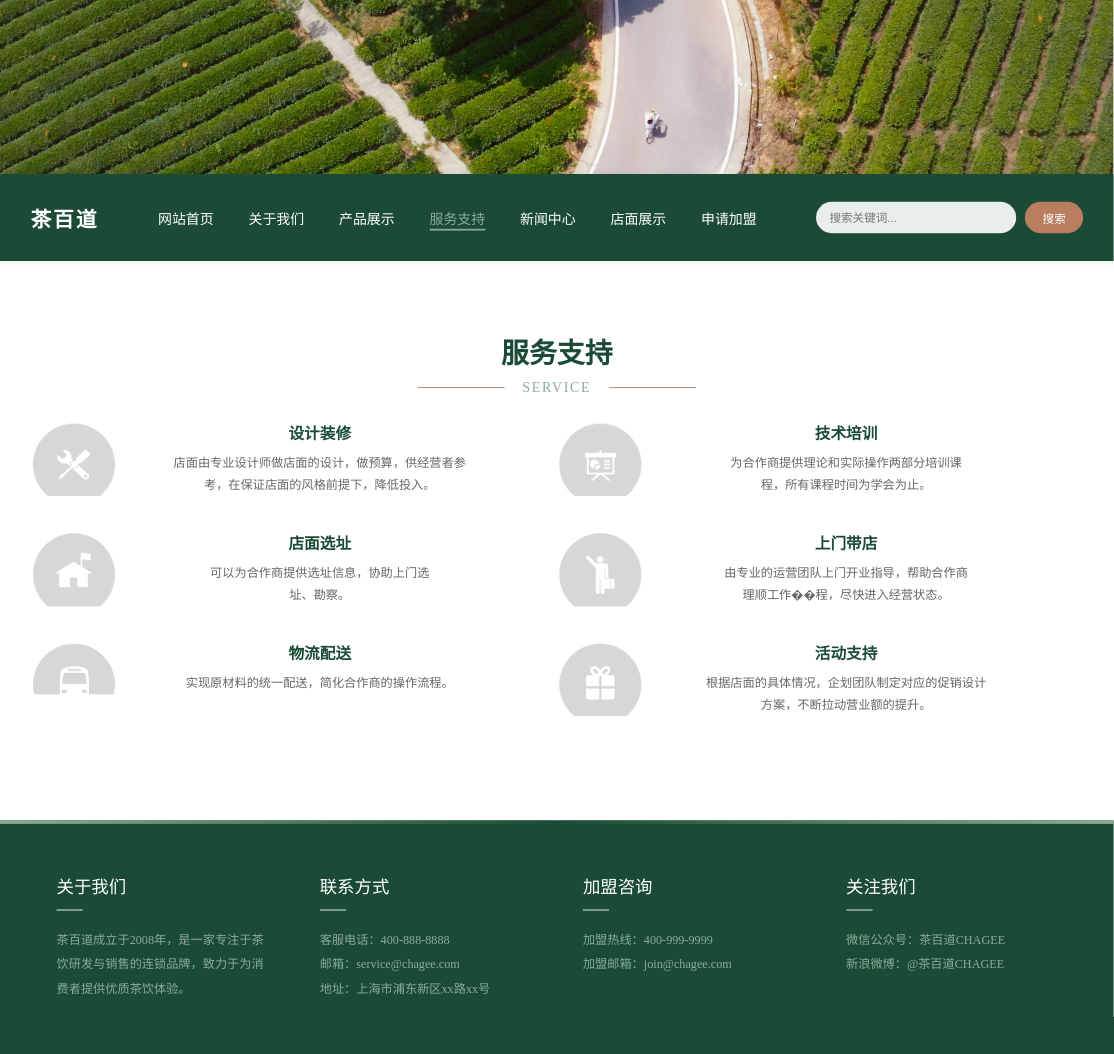
Repository: huang-heavenly-Emperor/chabaidao
Page: service.html
The author's editor kept a copy of each file at every save. The page is drawn from the files as they stood at one save, then again after the next save.
The browser window is 1280 px wide. The pictures show the whole page, at 87% of full size.

Above is the page before, as saved 2024-12-14 02:06:15.

### service.html
<!DOCTYPE html>
<html lang="zh-CN">

<head>
  <meta charset="UTF-8">
  <meta name="viewport" content="width=device-width, initial-scale=1.0">
  <title>服务支持 - 茶百道</title>
  <link rel="stylesheet" href="css/common.css">
  <link rel="stylesheet" href="css/pages/service.css">
</head>

<body>
  <div class="container">
    <!-- 头部区域 -->
    <header class="header">
      <div class="top-banner">
        <img src="./images/common/header-bg.webp" alt="顶部横幅">
      </div>
      <nav class="nav">
        <div class="nav-content">
          <div class="logo">
            <h1>茶百道</h1>
          </div>
          <ul class="nav-list">
            <li><a href="index.html">网站首页</a></li>
            <li><a href="about.html">关于我们</a></li>
            <li><a href="products.html">产品展示</a></li>
            <li><a href="service.html" class="active">服务支持</a></li>
            <li><a href="news.html">新闻中心</a></li>
            <li><a href="store-display.html">店面展示</a></li>
            <li><a href="join.html">申请加盟</a></li>
          </ul>
          <div class="search">
            <input type="text" placeholder="搜索关键词...">
            <button type="button">搜索</button>
          </div>
        </div>
      </nav>
    </header>

    <!-- 主要内容 -->
    <div class="main">
      <div class="section-title">
        <h2>服务支持</h2>
        <div class="en-title">SERVICE</div>
      </div>

      <div class="service-content">
        <ul class="service-left">
          <li class="dian1">
            <h3>设计装修</h3>
            <span>店面由专业设计师做店面的设计，做预算，供经营者参<br>考，在保证店面的风格前提下，降低投入。</span>
          </li>
          <li class="dian2">
            <h3>店面选址</h3>
            <span>可以为合作商提供选址信息，协助上门选<br>址、勘察。</span>
          </li>
          <li class="dian3">
            <h3>物流配送</h3>
            <span>实现原材料的统一配送，简化合作商的操作流程。</span>
          </li>
        </ul>

        <ul class="service-right">
          <li class="dian4">
            <h3>技术培训</h3>
            <span>为合作商提供理论和实际操作两部分培训课<br>程，所有课程时间为学会为止。</span>
          </li>
          <li class="dian5">
            <h3>上门带店</h3>
            <span>由专业的运营团队上门开业指导，帮助合作商<br>理顺工作��程，尽快进入经营状态。</span>
          </li>
          <li class="dian6">
            <h3>活动支持</h3>
            <span>根据店面的具体情况，企划团队制定对应的促销设计<br>方案，不断拉动营业额的提升。</span>
          </li>
        </ul>
      </div>
    </div>

    <!-- 底部区域 -->
    <footer class="footer">
      <div class="footer-content">
        <div class="footer-section">
          <h3>关于我们</h3>
          <p>茶百道成立于2008年，是一家专注于茶饮研发与销售的连锁品牌，致力于为消费者提供优质茶饮体验。</p>
        </div>
        <div class="footer-section">
          <h3>联系方式</h3>
          <p>客服电话：400-888-8888</p>
          <p>邮箱：service@chagee.com</p>
          <p>地址：上海市浦东新区xx路xx号</p>
        </div>
        <div class="footer-section">
          <h3>加盟咨询</h3>
          <p>加盟热线：400-999-9999</p>
          <p>加盟邮箱：join@chagee.com</p>
        </div>
        <div class="footer-section">
          <h3>关注我们</h3>
          <p>微信公众号：茶百道CHAGEE</p>
          <p>新浪微博：@茶百道CHAGEE</p>
        </div>
      </div>
    </footer>

    <!-- 返回顶部按钮 -->
    <div class="back-top" title="返回顶部"></div>
  </div>
  <script src="js/back-to-top.js"></script>
</body>

</html>

### css/common.css
/* 默认样式重置 */
* {
    margin: 0;
    padding: 0;
}

body {
    font-size: 16px;
    color: #333;
    background: #fff;
}

img {
    border: none;
}

ul,
li {
    list-style: none;
}

a {
    text-decoration: none;
    color: #333;
}

h1,
h2,
h3,
h4,
h5,
h6 {
    font-weight: normal;
}

.container {
    width: 100%;
    min-width: 1210px;
    margin: 0 auto;
}

/* 通用标题样式 */
.section-title {
    text-align: center;
    padding: 50px 0 30px;
    position: relative;
    display: flex;
    align-items: center;
    justify-content: center;
    flex-direction: column;
}

.section-title h2 {
    font-size: 32px;
    color: #1B4B36;
    margin-bottom: 10px;
    font-weight: bold;
}

.section-title .en-title {
    color: #8CAB96;
    font-size: 16px;
    letter-spacing: 2px;
    text-transform: uppercase;
    position: relative;
    display: flex;
    align-items: center;
    padding: 0 20px;
}

.section-title .en-title:before,
.section-title .en-title:after {
    content: '';
    height: 1px;
    width: 100px;
    background: #B87E5F;
    margin: 0 20px;
}

/* 调整各个部分的标题内边距 */
.about-section .section-title,
.story-section .section-title,
.advantage-section .section-title,
.products-section .section-title,
.news-section .section-title,
.join-section .section-title {
    padding-top: 0;
}



/* 头部样式 */
.header {
    width: 100%;
}

.top-banner {
    width: 100%;
    height: 200px;
    overflow: hidden;
}

.top-banner img {
    width: 100%;
    height: 100%;
    object-fit: cover;
}

.nav {
    width: 100%;
    height: 100px;
    background: #1B4B36;
    position: sticky;
    top: 0;
    z-index: 100;
    box-shadow: 0 2px 10px rgba(27, 75, 54, 0.1);
}

.nav-content {
    width: 1210px;
    margin: 0 auto;
    display: flex;
    justify-content: space-between;
    align-items: center;
    height: 100%;
}

.logo {
    color: #fff;
}

.logo h1 {
    font-size: 24px;
    font-weight: bold;
    letter-spacing: 2px;
}

.nav-list {
    display: flex;
    list-style: none;
}

.nav-list li a {
    color: #fff;
    text-decoration: none;
    padding: 0 20px;
    font-size: 16px;
    transition: all 0.3s;
    position: relative;
}

.nav-list li a:hover,
.nav-list li a.active {
    color: #8CAB96;
}

.nav-list li a:after {
    content: '';
    position: absolute;
    bottom: -5px;
    left: 50%;
    transform: translateX(-50%);
    width: 0;
    height: 2px;
    background: #8CAB96;
    transition: width 0.3s;
}

.nav-list li a:hover:after,
.nav-list li a.active:after {
    width: calc(100% - 40px);
}

.nav-list li a.active {
    font-weight: 500;
}

.search {
    display: flex;
    align-items: center;
}

.search input {
    width: 200px;
    height: 36px;
    padding: 0 15px;
    border: none;
    border-radius: 18px;
    outline: none;
    background: rgba(255, 255, 255, 0.9);
}

.search button {
    height: 36px;
    padding: 0 20px;
    margin-left: 10px;
    border: none;
    border-radius: 18px;
    background: #B87E5F;
    color: #fff;
    cursor: pointer;
    transition: background 0.3s;
}

.search button:hover {
    background: #9a6547;
}

/* 底部样式 */
.footer {
    background: #1B4B36;
    padding: 60px 0;
    margin-top: 50px;
    position: relative;
}

.footer:before {
    content: '';
    position: absolute;
    top: 0;
    left: 0;
    width: 100%;
    height: 4px;
    background: linear-gradient(90deg, #8CAB96, #1B4B36, #8CAB96);
}

.footer-content {
    width: 1210px;
    margin: 0 auto;
    display: flex;
    justify-content: space-between;
}

.footer-section {
    flex: 1;
    padding: 0 30px;
}

.footer-section h3 {
    color: #fff;
    font-size: 20px;
    margin-bottom: 20px;
    position: relative;
    padding-bottom: 15px;
}

.footer-section h3:after {
    content: '';
    position: absolute;
    bottom: 0;
    left: 0;
    width: 30px;
    height: 2px;
    background: #8CAB96;
    transition: width 0.3s;
}

.footer-section:hover h3:after {
    width: 50px;
}

.footer-section p {
    color: #8CAB96;
    line-height: 2;
    font-size: 14px;
}

/* 返回顶部按钮 */
.back-top {
    position: fixed;
    right: 40px;
    bottom: 40px;
    width: 50px;
    height: 50px;
    background: #b87e5f;
    color: #fff;
    text-align: center;
    line-height: 50px;
    border-radius: 50%;
    cursor: pointer;
    transition: all 0.3s;
    opacity: 0;
    visibility: hidden;
    z-index: 999;
    font-size: 20px;
    box-shadow: 0 2px 10px rgba(0, 0, 0, 0.1);
}

.back-top:hover {
    background: #9a6547;
    transform: translateY(-5px);
}

.back-top.show {
    opacity: 1;
    visibility: visible;
}

.back-top:after {
    content: '↑';
    display: block;
    color: #fff;
    font-size: 20px;
    line-height: 50px;
}

### css/pages/service.css
/* 主要内容 */
.main {
    width: 1210px;
    margin: 0 auto;
    padding: 30px 0;
}

/* 服务内容 */
.service-content {
    width: 100%;
    overflow: hidden;
}

.service-left,
.service-right {
    width: 50%;
    float: left;
    text-align: center;
}

/* 服务项目样式 */
.service-left li,
.service-right li {
    margin-bottom: 40px;
    padding-left: 60px;
    position: relative;
    min-height: 50px;
}

/* 图标样式 */
.dian1,
.dian2,
.dian3,
.dian4,
.dian5,
.dian6 {
    background-repeat: no-repeat;
    background-position: left top;
    background-size: 100px;
}

.dian1 {
    background-image: url('../../images/service/dian1.png');
}

.dian2 {
    background-image: url('../../images/service/hdian2.png');
}

.dian3 {
    background-image: url('../../images/service/dian3.png');
}

.dian4 {
    background-image: url('../../images/service/dian4.png');
}

.dian5 {
    background-image: url('../../images/service/dian5.png');
}

.dian6 {
    background-image: url('../../images/service/dian6.png');
}

/* 文字样式 */
.service-left li h3,
.service-right li h3 {
    font-size: 18px;
    color: #1B4B36;
    margin-bottom: 10px;
    font-weight: bold;
}

.service-left li span,
.service-right li span {
    color: #666;
    line-height: 1.8;
    font-size: 14px;
    display: block;
}

### js/back-to-top.js
// 获取返回顶部按钮元素
var backTop = document.querySelector('.back-top');

// 监听滚动事件
window.addEventListener('scroll', function() {
    // 当页面滚动超过300px时显示按钮
    if (window.pageYOffset > 300) {
        backTop.classList.add('show');
    } else {
        backTop.classList.remove('show');
    }
});

// 点击返回顶部
backTop.addEventListener('click', function() {
    // 平滑滚动到顶部
    window.scrollTo({
        top: 0,
        behavior: 'smooth'
    });
});

After the next save:
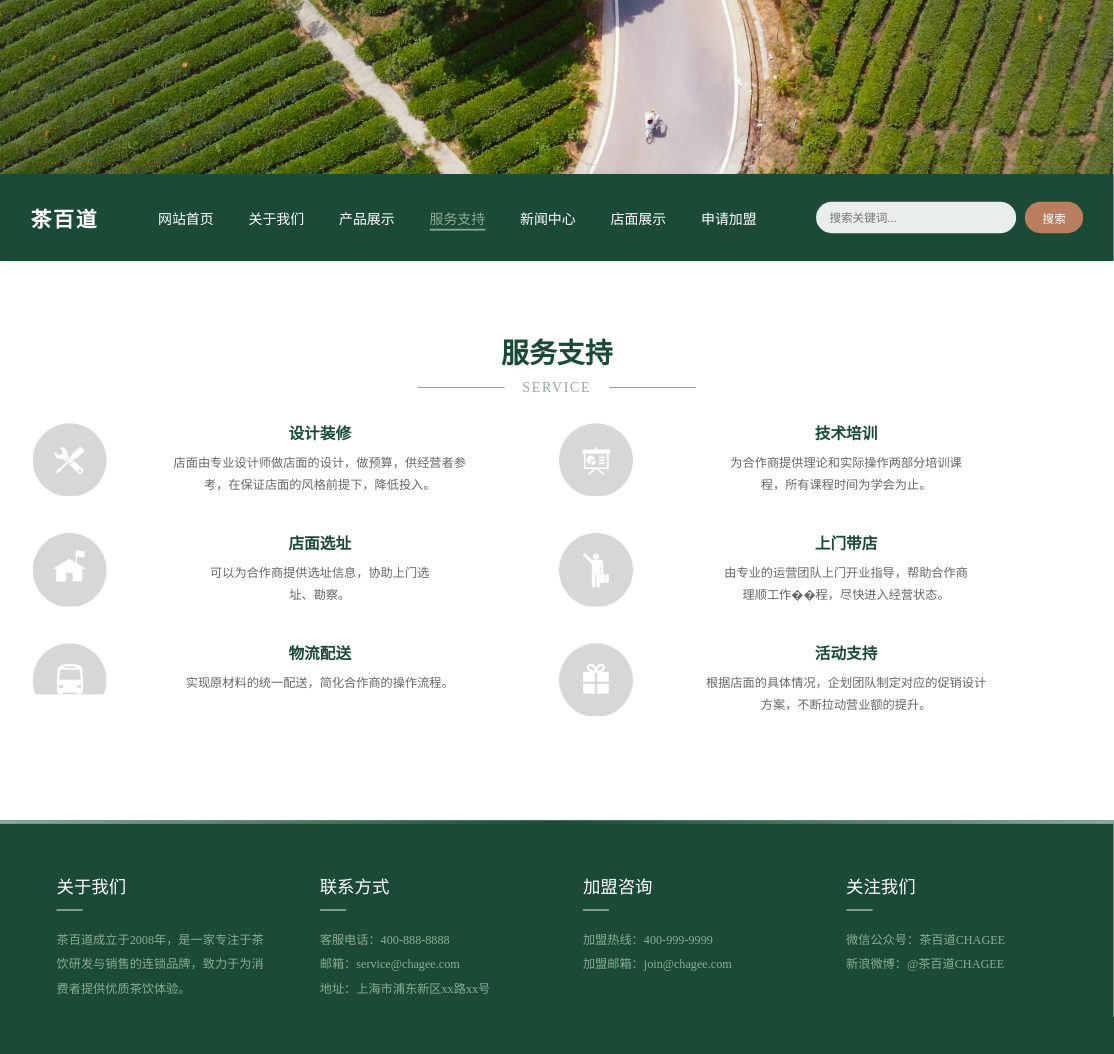
Saved 5 s later.
--- a/css/pages/service.css
+++ b/css/pages/service.css
@@ -36,7 +36,7 @@
 .dian6 {
     background-repeat: no-repeat;
     background-position: left top;
-    background-size: 100px;
+    background-size: 90px;
 }
 
 .dian1 {
